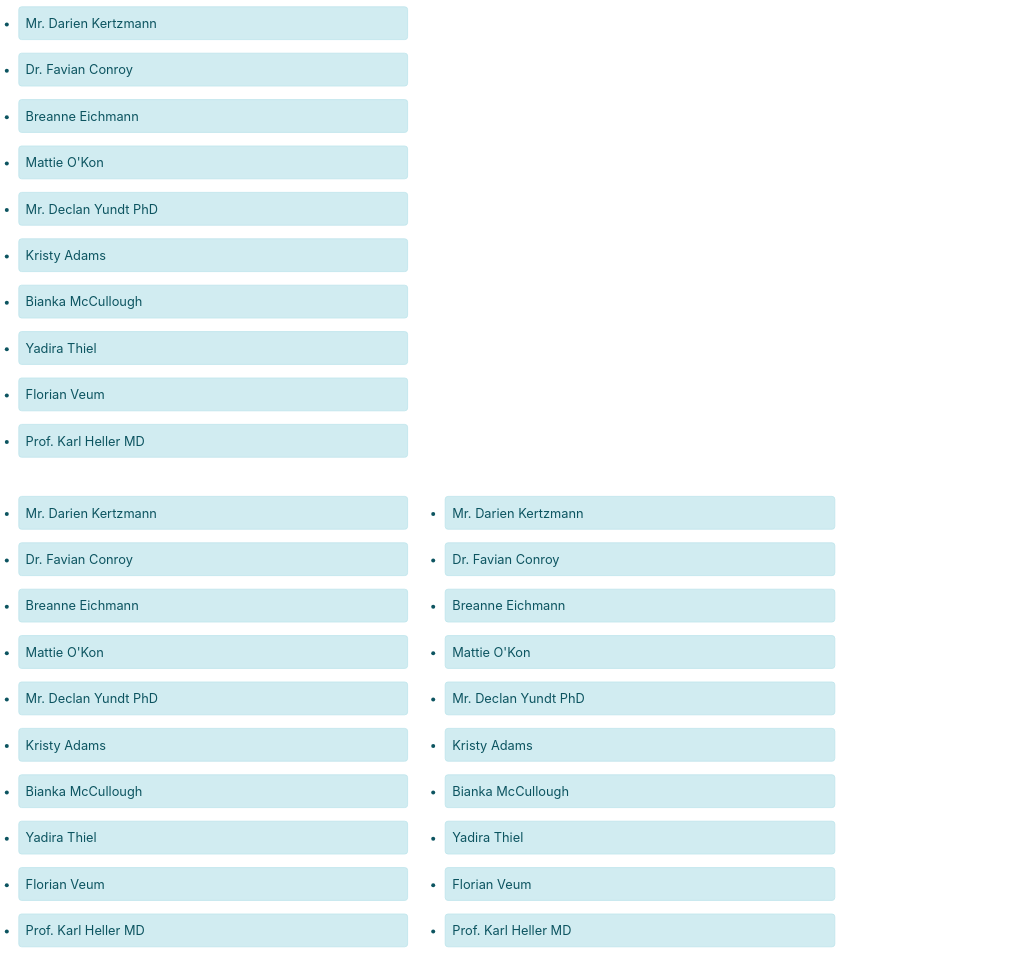
Repository: yatharth-vataliya/the-core-php-js
Page: http://localhost/prac_17.php
An editor plug-in stored every save of this project. The page is shown before and after the next save, followed by the edit.
The browser window is 1280 px wide. The pictures show the whole page, at 80% of full size.
Some web libraries are served in a nearby version. The page is run by PHP 8.4 with error messages shown; the project is at /var/www/html/. The database holds what the project's SQL file puts in it.

Above is the page before, as saved 2020-12-26 18:25:31.

After the next save:
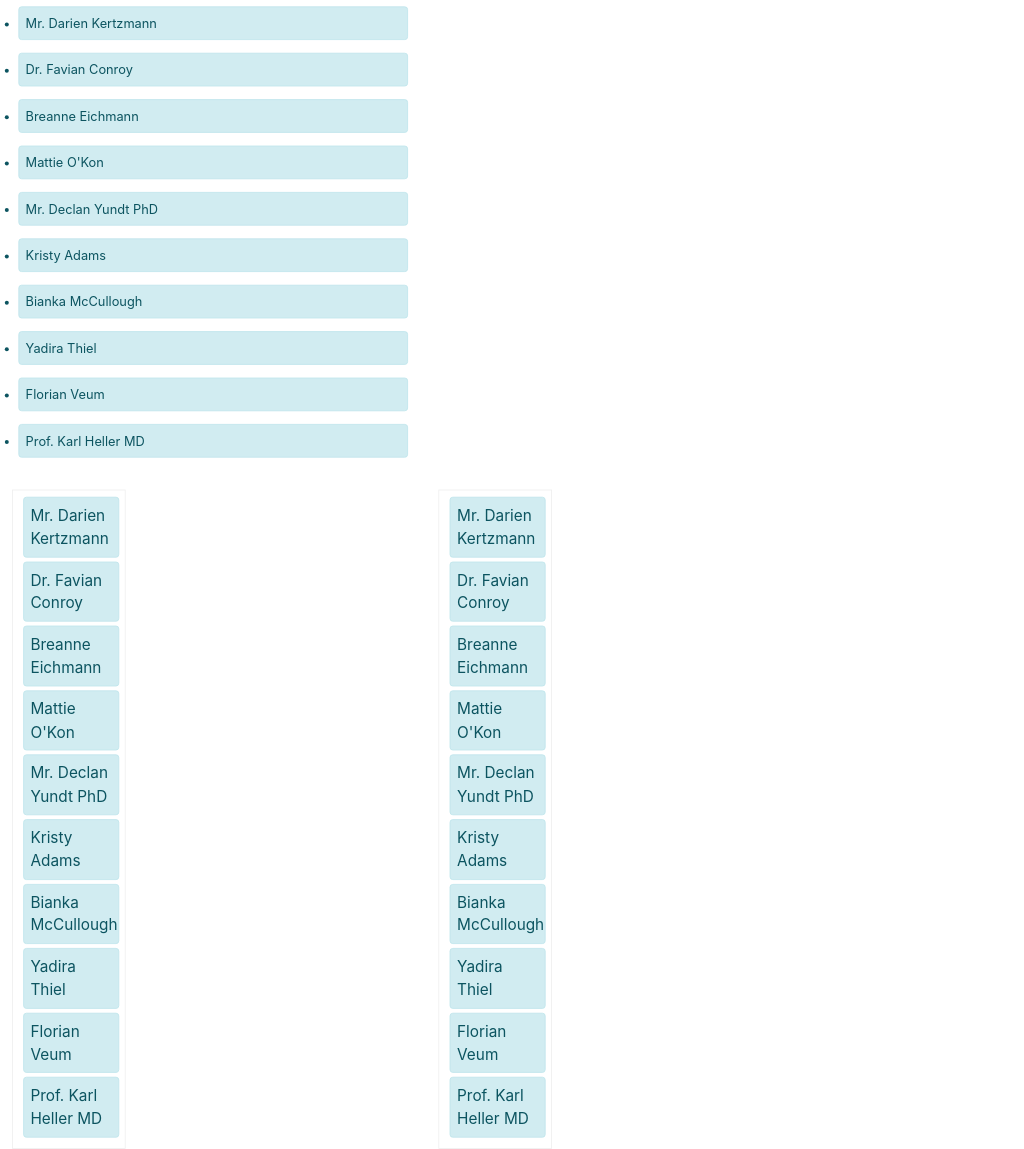
Saved 48 s later.
--- a/prac_17.php
+++ b/prac_17.php
@@ -59,14 +59,14 @@ $data = $st->fetchAll(PDO::FETCH_OBJ);
   <div class="container-fluid">
     <div class="row">
       <div class="col-md-5">
-        <ul id="sortable" class="p-2">
+        <ul id="sortable1" class="p-2">
           <?php foreach ($data as $dt) : ?>
             <li class="p-2 alert alert-info" data-id="<?php echo $dt->id; ?>"><?php echo $dt->product_name; ?></li>
           <?php endforeach; ?>
         </ul>
       </div>
       <div class="col-md-5">
-        <ul id="sortable" class="p-2">
+        <ul id="sortable2" class="p-2">
           <?php foreach ($data as $dt) : ?>
             <li class="p-2 alert alert-info" data-id="<?php echo $dt->id; ?>"><?php echo $dt->product_name; ?></li>
           <?php endforeach; ?>

After the save that followed:
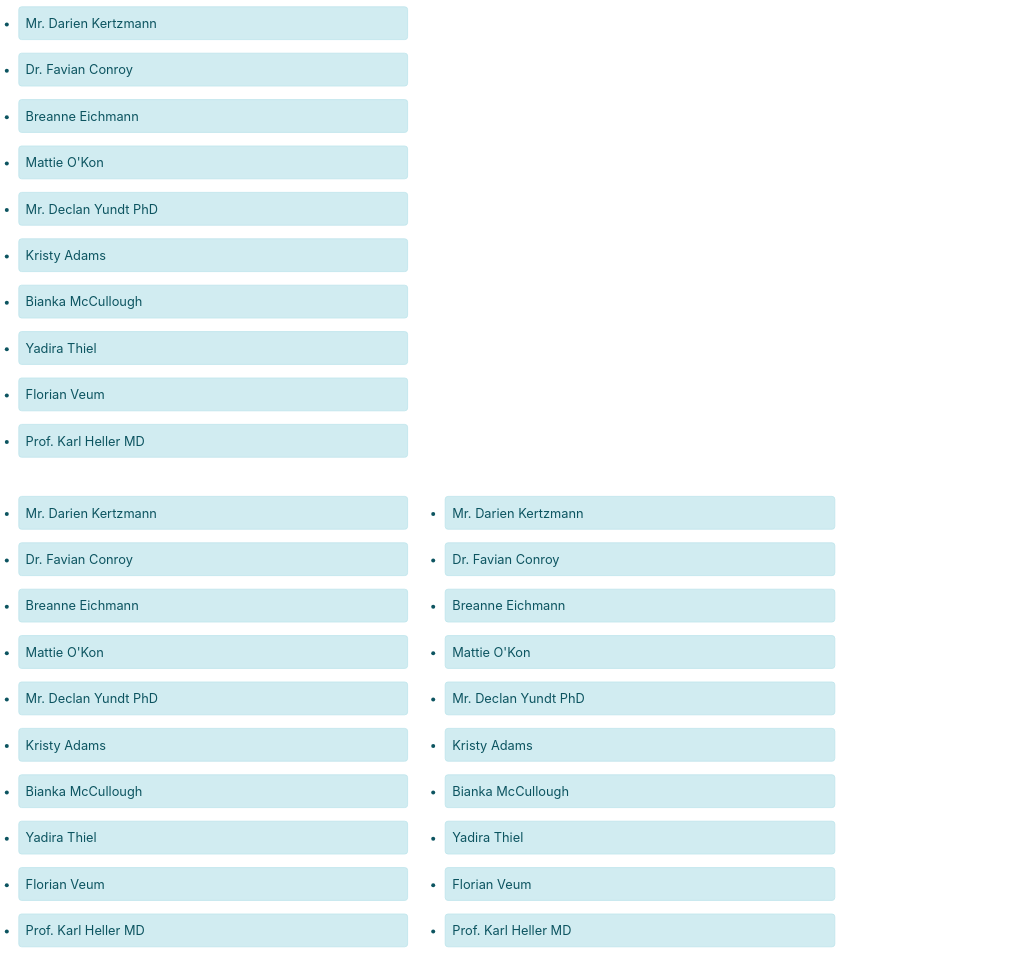
Saved 37 s later.
--- a/prac_17.php
+++ b/prac_17.php
@@ -20,25 +20,7 @@ $data = $st->fetchAll(PDO::FETCH_OBJ);
   <link rel="stylesheet" href="https://cdn.jsdelivr.net/npm/bootstrap@4.5.3/dist/css/bootstrap.min.css">
   <link rel="stylesheet" href="https://code.jquery.com/ui/1.12.1/themes/base/jquery-ui.css">
   <style>
-    #sortable1,
-    #sortable2 {
-      border: 1px solid #eee;
-      width: 142px;
-      min-height: 20px;
-      list-style-type: none;
-      margin: 0;
-      padding: 5px 0 0 0;
-      float: left;
-      margin-right: 10px;
-    }
 
-    #sortable1 li,
-    #sortable2 li {
-      margin: 0 5px 5px 5px;
-      padding: 5px;
-      font-size: 1.2em;
-      width: 120px;
-    }
   </style>
   <title>Title</title>
 </head>
